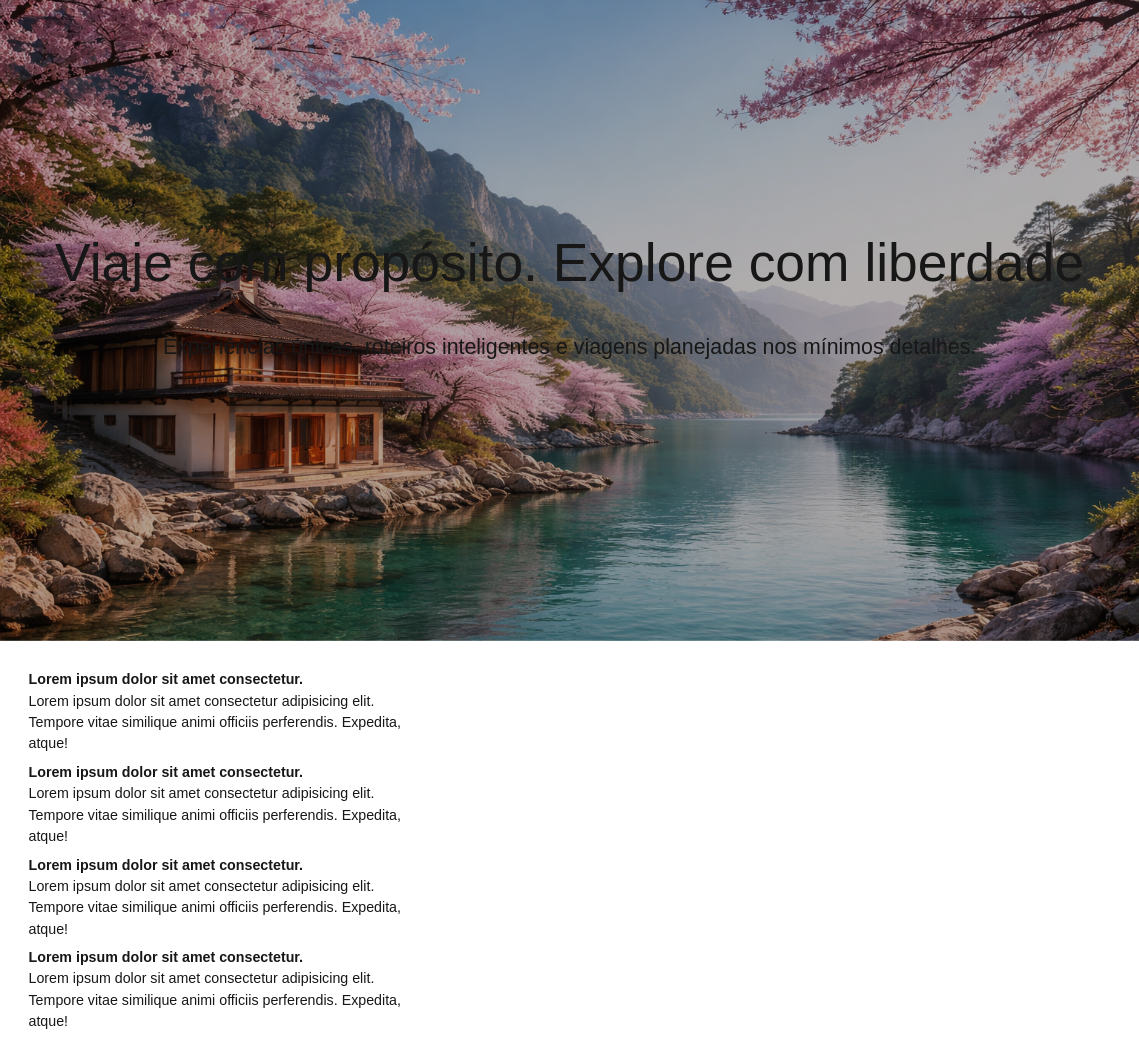
Repository: pedroantoniosi/tripicon-site
Page: /home
An editor plug-in stored every save of this project. The page is shown before and after the next save, followed by the edit.
The browser window is 1280 px wide. The pictures show the whole page, at 89% of full size.
The project was rebuilt for these pictures with package versions that can differ from the ones it lists, and the page was loaded fresh each time. The framework's server and built-in components were replaced by stand-ins that run in the browser. Also part of the build but not shown: next.config.ts.

Above is the page before, as saved 2026-03-31 21:22:02.

### src/app/layout.tsx
import type { Metadata } from "next";
import { Geist, Geist_Mono } from "next/font/google";
import "./globals.css";

const geistSans = Geist({
  variable: "--font-geist-sans",
  subsets: ["latin"],
});

const geistMono = Geist_Mono({
  variable: "--font-geist-mono",
  subsets: ["latin"],
});

export const metadata: Metadata = {
  title: "Create Next App",
  description: "Generated by create next app",
};

export default function RootLayout({
  children,
}: Readonly<{
  children: React.ReactNode;
}>) {
  return (
    <html
      lang="en"
      className={`${geistSans.variable} ${geistMono.variable} h-full antialiased`}
    >
      <body className="min-h-full flex flex-col">{children}</body>
    </html>
  );
}

### src/app/home/page.tsx
import styles from "./page.module.css";

export default function Home() {
  return (
    <>
      <div className={styles.heroContainer}>
        <div className={`${styles.heroCaption} col gap-2`}>
          <h1 className="text-6xl text-center">
            {" "}
            Viaje com propósito. Explore com liberdade
          </h1>
          <p className="text-2xl text-center m-[3rem]">
            Experiências únicas, roteiros inteligentes e viagens planejadas nos
            mínimos detalhes.
          </p>
        </div>
      </div>
      <div className="grid  grid-cols-[6] gap-2 p-[2rem]">
        {Array.from({ length: 4 }).map((_, index) => (
          <div key={index} className="card">
            <img src="" alt="" />
            <div className="caption">
              <h2 className="font-bold font">
                Lorem ipsum dolor sit amet consectetur.
              </h2>
              <p className="max-w-[450px]">
                Lorem ipsum dolor sit amet consectetur adipisicing elit. Tempore
                vitae similique animi officiis perferendis. Expedita, atque!
              </p>
            </div>
          </div>
        ))}
      </div>
    </>
  );
}

### src/app/globals.css
@import "tailwindcss";
@tailwind base;
@tailwind components;
@tailwind utilities;

:root {
  --background: #ffffff;
  --foreground: #171717;
}

@media (prefers-color-scheme: dark) {
  :root {
    --background: #0a0a0a;
    --foreground: #ededed;
  }
}

body {
  background: var(--background);
  color: var(--foreground);
  font-family: Arial, Helvetica, sans-serif;
}

### src/app/home/page.module.css
.heroContainer {
    padding: 1rem;
    position: relative;
    display: grid;
    place-items: center;
    z-index: 1;
    min-height: 50svh;

    &::after {
        content: ' ';
        position: absolute;
        width: 100%;
        height: 100%;
        left: 0;
        bottom: 0;
        background-image: url('/images/banner.png');
        background-size: cover;
        z-index: -1;
        filter: brightness(70%);
    }

    & .heroTitle {
        max-width: 1024px;
        text-align: center;
    }
}


@media (min-width: 1024px) {
    .heroContainer {
        padding: 2rem;
        min-height: 100vh;
    }

    .heroContainer .heroTitle {
        max-width: 1200px;
    }
}

After the next save:
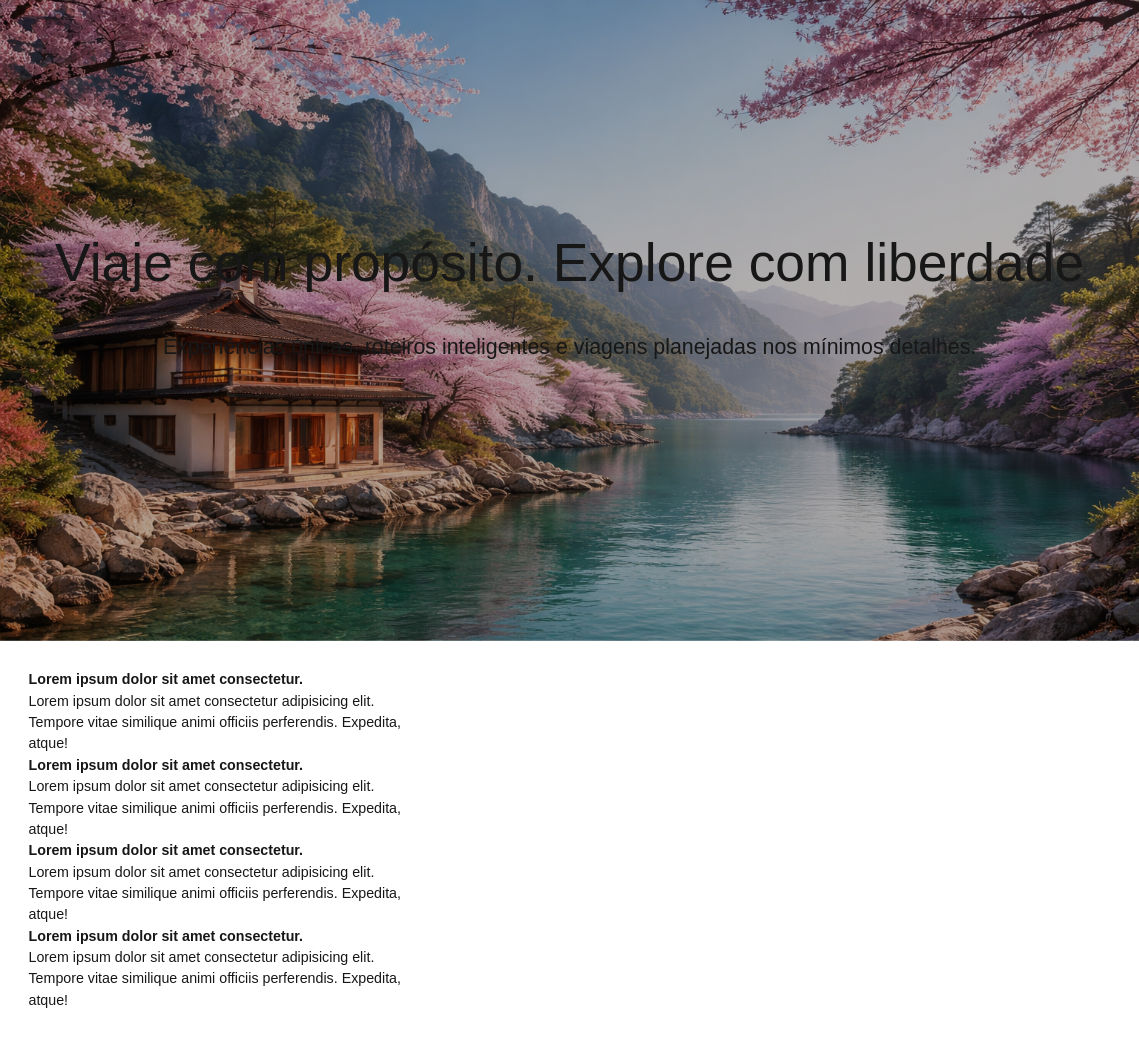
Saved 22 s later.
--- a/src/app/home/page.tsx
+++ b/src/app/home/page.tsx
@@ -15,7 +15,7 @@ export default function Home() {
           </p>
         </div>
       </div>
-      <div className="grid  grid-cols-[6] gap-2 p-[2rem]">
+      <div className="rid grid-cols-3 gap-2 p-[2rem]">
         {Array.from({ length: 4 }).map((_, index) => (
           <div key={index} className="card">
             <img src="" alt="" />
